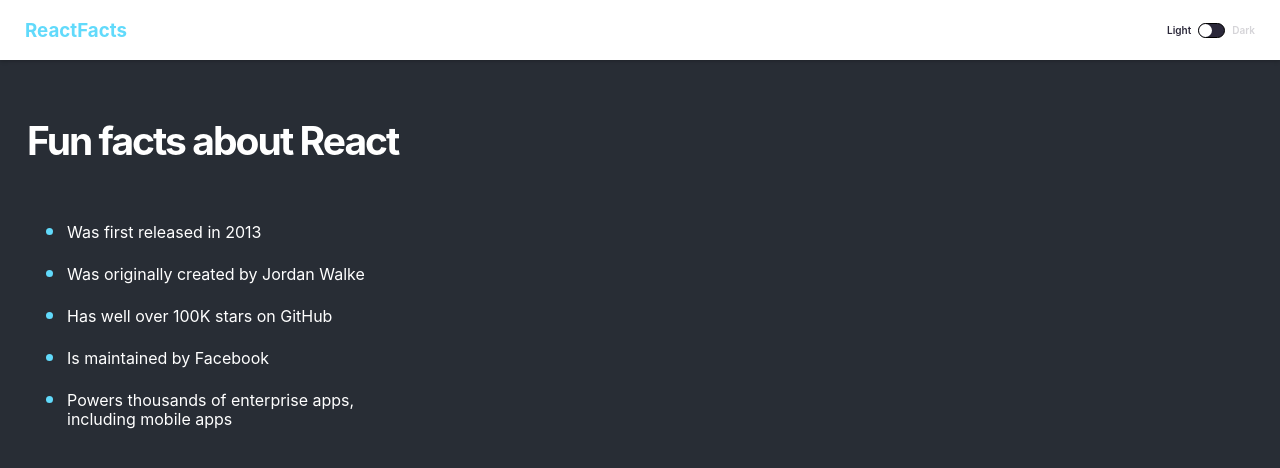
Repository: BuduCE/react_facts
Page: /
These files come from the project's save history. The page is drawn as it stood at one moment and after the next save; the edit follows.
The browser window is 1280 px wide. The pictures show the whole page.
The project was rebuilt for these pictures with package versions that can differ from the ones it lists, and the page was loaded fresh each time. Also part of the build but not shown: src/App.css.

Above is the page before, as saved 2022-10-06 23:17:52.

### src/index.css
body {
  margin: 0;
  font-family: -apple-system, BlinkMacSystemFont, 'Segoe UI', 'Roboto', 'Oxygen',
    'Ubuntu', 'Cantarell', 'Fira Sans', 'Droid Sans', 'Helvetica Neue',
    sans-serif;
  -webkit-font-smoothing: antialiased;
  -moz-osx-font-smoothing: grayscale;
}

code {
  font-family: source-code-pro, Menlo, Monaco, Consolas, 'Courier New',
    monospace;
}
* {
  box-sizing: border-box;
}

h1,
h2,
h3,
h4,
h5,
h6,
p {
  margin: 0;
}

body {
  margin: 0;
}

.container {
  display: flex;
  flex-direction: column;
  height: 100vh;
}

/* NAV styles */

nav {
  display: flex;
  align-items: center;
  padding: 30px 25px;
  height: 60px;
  box-shadow: 0px 1px 4px rgba(0, 0, 0, 0.25);
  z-index: 1;
}

nav.dark {
  background-color: #21222A;
}

nav.dark {
  background-color: #ffffff;
}

.nav--logo_icon {
  width: 30px;
  margin-right: 10px;
}

.nav--logo_text {
  color: #61DAFB;
  margin-right: auto;
}

.nav--title {
  color: #DEEBF8;
}

.toggler {
  display: flex;
  align-items: center;
}

.toggler p {
  font-size: 0.625rem;
  font-weight: 600;
}

.toggler--slider {
  width: 25px;
  height: 13px;
  background-color: #2B283A;
  border-radius: 2rem;
  margin-inline: 7px;
  cursor: pointer;
  display: flex;
  justify-content: flex-start;
  align-items: center;
  border: 1px solid black;
  box-sizing: content-box;
}

nav.dark .toggler--slider {
  border-color: white;
  background-color: #F5F5F5;
}

.toggler--slider--circle {
  height: 13px;
  width: 13px;
  background-color: white;
  border-radius: 50%;
}

nav.dark .toggler--slider--circle {
  background-color: black;
}

.toggler--light {
  color: #2B283A;
}

nav.dark .toggler--light {
  color: #918E9B;
}

.toggler--dark {
  color: #D5D4D8;
}

nav.dark .toggler-dark {
  color: #FFFFFF;
}

nav.dark .toggler--slider {
  justify-content: flex-end;
}

/* MAIN styles */
main {
  padding: 57px 27px;
  /* background-image: url("./images/react-icon-light.png"); */
  background-repeat: no-repeat;
  background-position: right center;
  flex: 1 1 auto;
}

main.dark {
  /* background-image: url("./images/react-icon-dark.png"); */
  background-color: #282D35;
  color: white;
}

main.light {
  background-color: white;
  color: #2B283A;
}

.main--title {
  margin: 0;
  font-size: 39px;
  letter-spacing: -0.05em;
}

.main--facts {
  margin-top: 46px;
  max-width: 400px;
}

.main--facts>li {
  line-height: 19px;
  padding-block: 10px;
}

.main--facts>li::marker {
  font-size: 1.4rem;
  color: #61DAFB;
}

### src/App.js
import './App.css';
import Main from './components/Main';
import Navbar from './components/Navbar';

function App() {
  const mode = () => {

  }

  const switchDarkMode = () => {

  }
  return (
    <div className="container">
      <Navbar toggleDarkMode={switchDarkMode} darkMode={mode}/>
      <Main darkMode={mode}/>
    </div>
  );
}

export default App;

### src/components/Main/index.jsx
import React from "react"

export default function Main(props) {
    return (
        <main className={props.darkMode ? "dark" : "light"}>
            <h1 className="main--title">Fun facts about React</h1>
            <ul className="main--facts">
                <li>Was first released in 2013</li>
                <li>Was originally created by Jordan Walke</li>
                <li>Has well over 100K stars on GitHub</li>
                <li>Is maintained by Facebook</li>
                <li>Powers thousands of enterprise apps, including mobile apps</li>
            </ul>
        </main>
    )
}

### src/components/Navbar/index.jsx
import React from "react"

export default function Navbar(props) {
    return (
        <nav
            className={!props.darkMode ? "dark" : ""}
        >
            {/* <img
                className="nav--logo_icon"
                src="./images/react-icon-small.png"
            /> */}
            <h3 className="nav--logo_text">ReactFacts</h3>

            <div
                className="toggler"
            >
                <p className="toggler--light">Light</p>
                <div
                    className="toggler--slider"
                    onClick={props.toggleDarkMode}
                >
                    <div className="toggler--slider--circle"></div>
                </div>
                <p className="toggler--dark">Dark</p>
            </div>
        </nav>
    )
}

Loaded but not shown: public/index.html (common file); src/index.js (common file); src/reportWebVitals.js (common file)

After the next save:
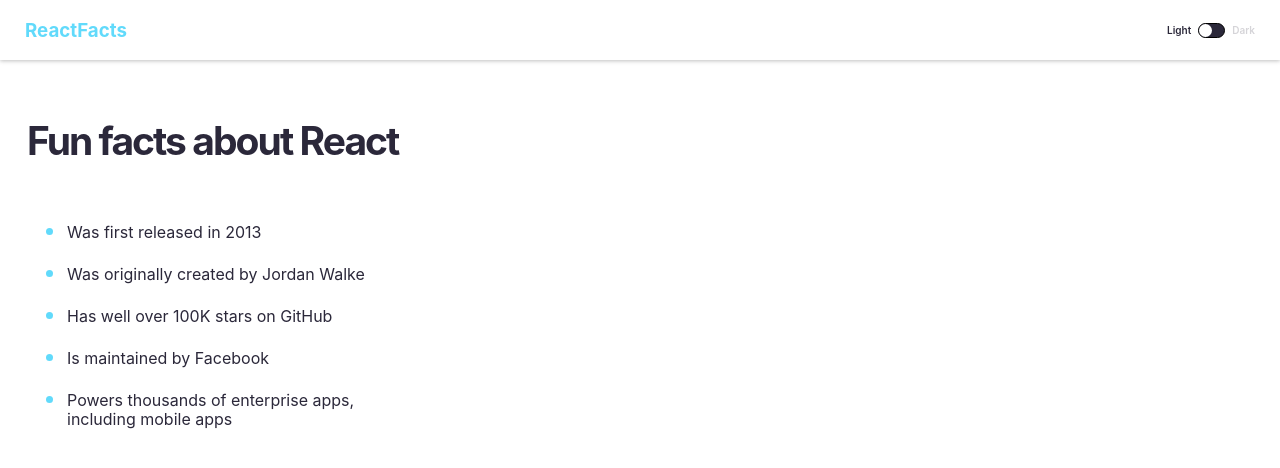
Saved 10 s later.
--- a/src/components/Main/index.jsx
+++ b/src/components/Main/index.jsx
@@ -2,7 +2,7 @@
 
 export default function Main(props) {
     return (
-        <main className={props.darkMode ? "dark" : "light"}>
+        <main className={!props.darkMode ? "dark" : "light"}>
             <h1 className="main--title">Fun facts about React</h1>
             <ul className="main--facts">
                 <li>Was first released in 2013</li>

After the save that followed:
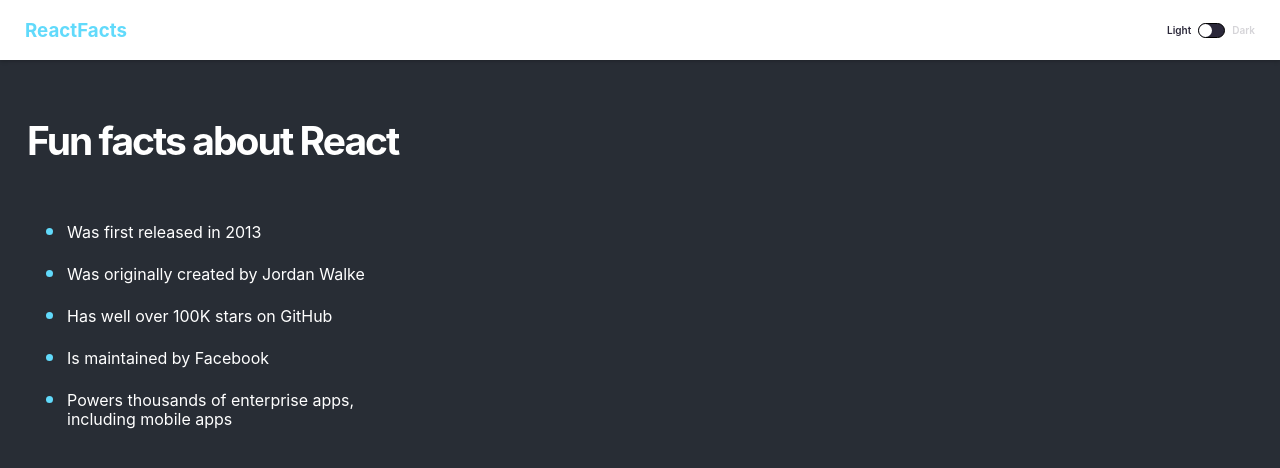
Saved 8 s later.
--- a/src/components/Main/index.jsx
+++ b/src/components/Main/index.jsx
@@ -2,7 +2,7 @@
 
 export default function Main(props) {
     return (
-        <main className={!props.darkMode ? "dark" : "light"}>
+        <main className={props.darkMode ? "dark" : "light"}>
             <h1 className="main--title">Fun facts about React</h1>
             <ul className="main--facts">
                 <li>Was first released in 2013</li>
